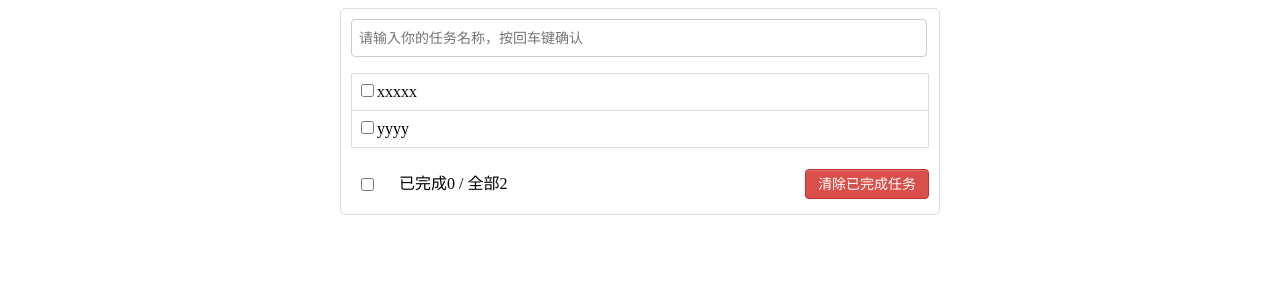
Repository: 319226862/wyy
Page: / (app in vue_test/)
These files come from the project's save history. The page is drawn as it stood at one moment and after the next save; the edit follows.
The browser window is 1280 px wide. The pictures show the whole page.
The project was rebuilt for these pictures with package versions that can differ from the ones it lists, and the page was loaded fresh each time. Also part of the build but not shown: vue_test/vue.config.js.

Above is the page before, as saved 2023-06-19 16:46:21.

### vue_test/public/index.html
<!DOCTYPE html>
<html lang="">
  <head>
    <meta charset="utf-8">
    <!-- 针对IE游览器的一个特殊配置，让IE游览器以最高级别的渲染页面 -->
    <meta http-equiv="X-UA-Compatible" content="IE=edge">
    <meta name="viewport" content="width=device-width,initial-scale=1.0">
    <link rel="icon" href="<%= BASE_URL %>favicon.ico">
    <title><%= htmlWebpackPlugin.options.title %></title>
  </head>
  <body>
    <noscript>
      <strong>We're sorry but <%= htmlWebpackPlugin.options.title %> doesn't work properly without JavaScript enabled. Please enable it to continue.</strong>
    </noscript>
    <div id="app"></div>
    <!-- built files will be auto injected -->
  </body>
</html>

### vue_test/src/main.js
// 引入vue
import Vue from 'vue'
// 引入App组件，他所有组件的父组件
import App from './App.vue'

// 关闭vue生产提示
Vue.config.productionTip = false

// 创建vue实例对象--vm
new Vue({
  render: h => h(App),
}).$mount('#app')

### vue_test/src/App.vue
<template>
  <div id="root">
    <div class="todo-container">
      <div class="todo-wrap">
        <MyHeader />
        <MyList />
        <div class="todo-footer">
          <label>
            <input type="checkbox"/>
          </label>
          <span>
            <span>已完成0</span> / 全部2
          </span>
          <button class="btn btn-danger">清除已完成任务</button>
        </div>
      </div>
    </div>
  </div>
</template>

<script>
import MyHeader from './components/MyHeader.vue'
import MyFooter from './components/MyFooter.vue'
import MyList from './components/MyList.vue'
export default {
  name:'App',
  data(){
    return{
      msg:'Welcome Vue'
    }
  },
  components:{
    MyHeader,
    MyList,
    MyFooter
  },
}
</script>
<style>
/*base*/
body {
  background: #fff;
}

.btn {
  display: inline-block;
  padding: 4px 12px;
  margin-bottom: 0;
  font-size: 14px;
  line-height: 20px;
  text-align: center;
  vertical-align: middle;
  cursor: pointer;
  box-shadow: inset 0 1px 0 rgba(255, 255, 255, 0.2), 0 1px 2px rgba(0, 0, 0, 0.05);
  border-radius: 4px;
}

.btn-danger {
  color: #fff;
  background-color: #da4f49;
  border: 1px solid #bd362f;
}

.btn-danger:hover {
  color: #fff;
  background-color: #bd362f;
}

.btn:focus {
  outline: none;
}

.todo-container {
  width: 600px;
  margin: 0 auto;
}
.todo-container .todo-wrap {
  padding: 10px;
  border: 1px solid #ddd;
  border-radius: 5px;
}

/*header*/
.todo-header input {
  width: 560px;
  height: 28px;
  font-size: 14px;
  border: 1px solid #ccc;
  border-radius: 4px;
  padding: 4px 7px;
}

.todo-header input:focus {
  outline: none;
  border-color: rgba(82, 168, 236, 0.8);
  box-shadow: inset 0 1px 1px rgba(0, 0, 0, 0.075), 0 0 8px rgba(82, 168, 236, 0.6);
}

/*main*/
.todo-main {
  margin-left: 0px;
  border: 1px solid #ddd;
  border-radius: 2px;
  padding: 0px;
}

.todo-empty {
  height: 40px;
  line-height: 40px;
  border: 1px solid #ddd;
  border-radius: 2px;
  padding-left: 5px;
  margin-top: 10px;
}
/*item*/
li {
  list-style: none;
  height: 36px;
  line-height: 36px;
  padding: 0 5px;
  border-bottom: 1px solid #ddd;
}

li label {
  float: left;
  cursor: pointer;
}

li label li input {
  vertical-align: middle;
  margin-right: 6px;
  position: relative;
  top: -1px;
}

li button {
  float: right;
  display: none;
  margin-top: 3px;
}

li:before {
  content: initial;
}

li:last-child {
  border-bottom: none;
}

/*footer*/
.todo-footer {
  height: 40px;
  line-height: 40px;
  padding-left: 6px;
  margin-top: 5px;
}

.todo-footer label {
  display: inline-block;
  margin-right: 20px;
  cursor: pointer;
}

.todo-footer label input {
  position: relative;
  top: -1px;
  vertical-align: middle;
  margin-right: 5px;
}

.todo-footer button {
  float: right;
  margin-top: 5px;
}

</style>

### vue_test/src/components/MyHeader.vue
<template>
  <div class="todo-header">
    <input type="text" placeholder="请输入你的任务名称，按回车键确认"/>
  </div>
</template>

<script>
export default {
    name:'Header'
}
</script>

<style>

</style>

### vue_test/src/components/MyList.vue
<template>
  <ul class="todo-main">
    <li>
      <label>
        <input type="checkbox"/>
        <span>xxxxx</span>
      </label>
      <button class="btn btn-danger" style="display:none">删除</button>
    </li>
    <li>
      <label>
        <input type="checkbox"/>
        <span>yyyy</span>
      </label>
      <button class="btn btn-danger" style="display:none">删除</button>
    </li>
  </ul>
</template>

<script>
export default {
    name:'List'
}
</script>

<style>

</style>

### vue_test/src/components/MyFooter.vue
<template>
  <div></div>
</template>

<script>
export default {
    name:'Footer'
}
</script>

<style>

</style>

After the next save:
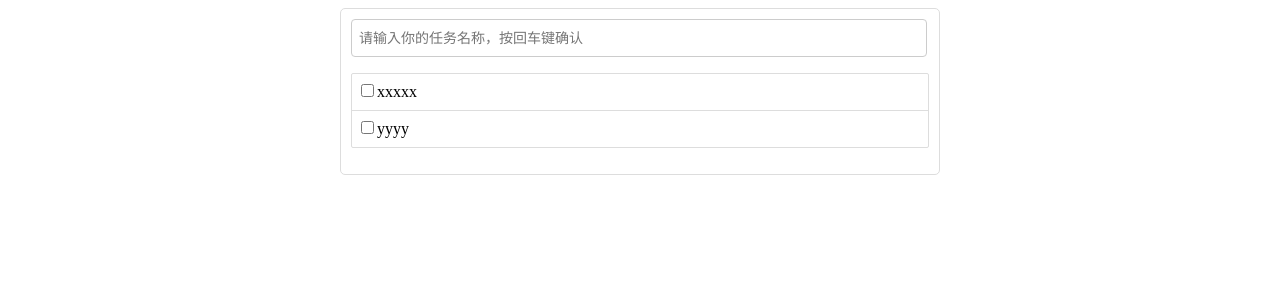
Saved 41 s later.
--- a/vue_test/src/App.vue
+++ b/vue_test/src/App.vue
@@ -4,15 +4,7 @@
       <div class="todo-wrap">
         <MyHeader />
         <MyList />
-        <div class="todo-footer">
-          <label>
-            <input type="checkbox"/>
-          </label>
-          <span>
-            <span>已完成0</span> / 全部2
-          </span>
-          <button class="btn btn-danger">清除已完成任务</button>
-        </div>
+        <MyFooter />
       </div>
     </div>
   </div>

After the save that followed:
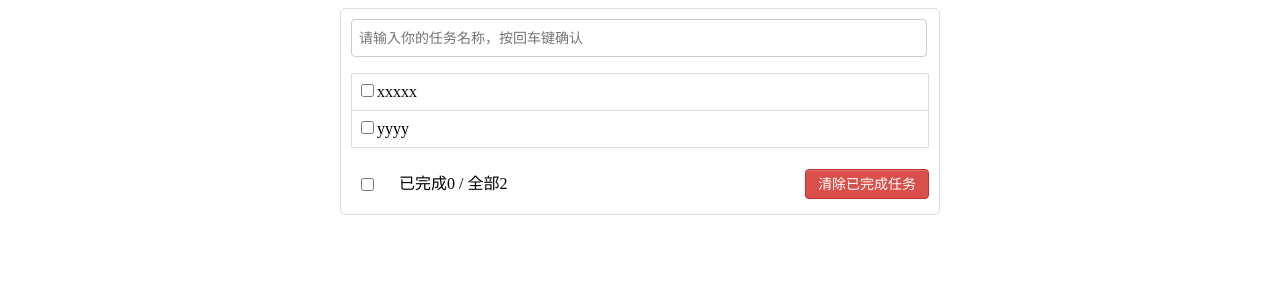
Saved 8 s later.
--- a/vue_test/src/components/MyFooter.vue
+++ b/vue_test/src/components/MyFooter.vue
@@ -1,5 +1,13 @@
 <template>
-  <div></div>
+  <div class="todo-footer">
+    <label>
+      <input type="checkbox"/>
+    </label>
+    <span>
+      <span>已完成0</span> / 全部2
+    </span>
+    <button class="btn btn-danger">清除已完成任务</button>
+  </div>
 </template>
 
 <script>
